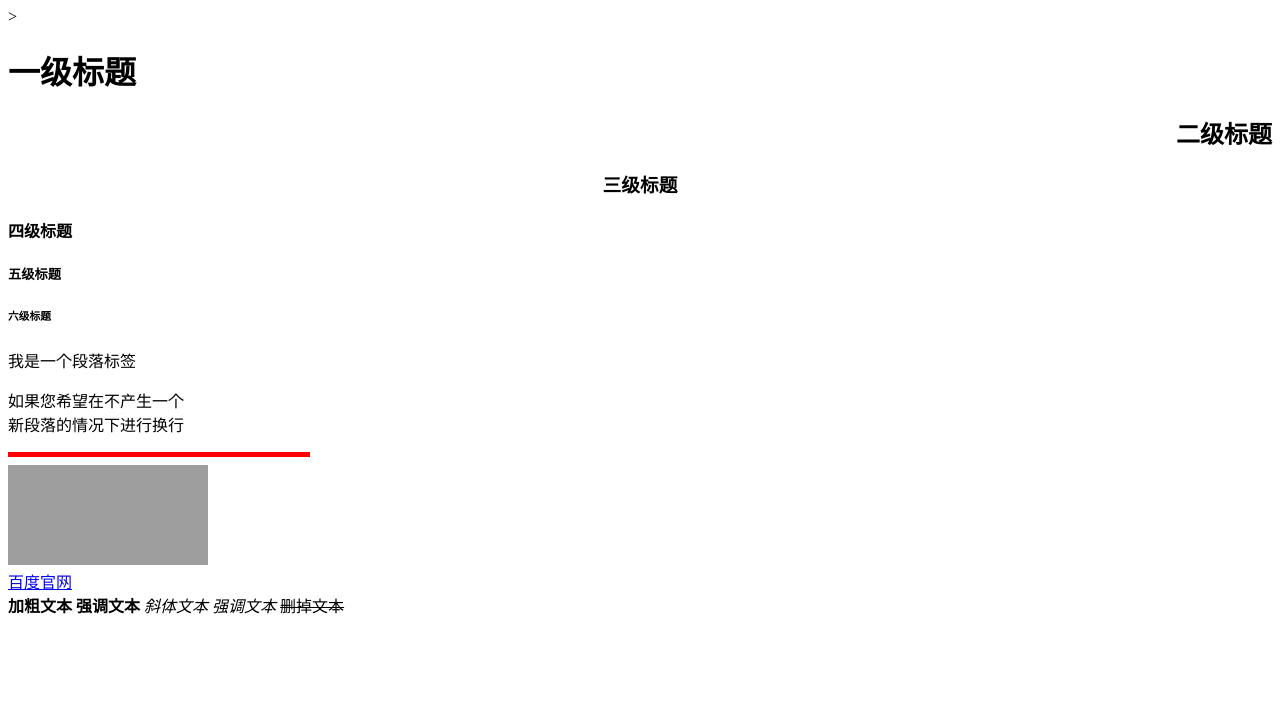
Repository: yuanliumaker/html-css-js
Page: hello.html
These files come from the project's save history. The page is drawn as it stood at one moment and after the next save; the edit follows.
The browser window is 1280 px wide. The pictures show the whole page.
Pictures or frames that could not be fetched are drawn as grey boxes.

Above is the page before, as saved 2025-08-28 19:47:31.

### hello.html
<!DOCTYPE html>
<html lang="en">
<head>
    <meta charset="UTF-8">
    <meta name="viewport" content="width=device-width, initial-scale=1.0">
    <title>Document</title>
</head>
<body>
    <!--标题-->>
    <h1 align="left">一级标题</h1>
    <h2 align="right">二级标题</h2>
    <h3 align="center">三级标题</h3>
    <h4>四级标题</h4>
    <h5>五级标题</h5>
    <h6>六级标题</h6>
    <!--段落-->
    <!-- br表示换行 hr表示水平线 width属性表示水平线的宽度 size 表示线的高度 -->
    <p>我是一个段落标签</p>
    <p>如果您希望在不产生一个<br>新段落的情况下进行换行</p>
    <hr color="red" width="300px" size="5px" align="left">
    <!--img 图片 src:图片路径 widht 图片宽度 height 高度-->
    <img src="https://www.runoob.com/wp-content/uploads/2014/04/html-logo.png" alt="这是图片无法显示时的替代文字" title="鼠标悬停时显示的文字" width="200px" height="100px">

    <br>
    <!---超文本链接
    使用标签<a>来设置超文本链接 href属性表示链接的地址-->
    <a href="https://www.baidu.com">百度官网</a>

    <!--文本-->
    <br>
        <b>加粗文本</b>
        <strong>强调文本</strong>
        <i>斜体文本</i>
        <em>强调文本</em>
        <del>删掉文本</del>
</body>
</html>

After the next save:
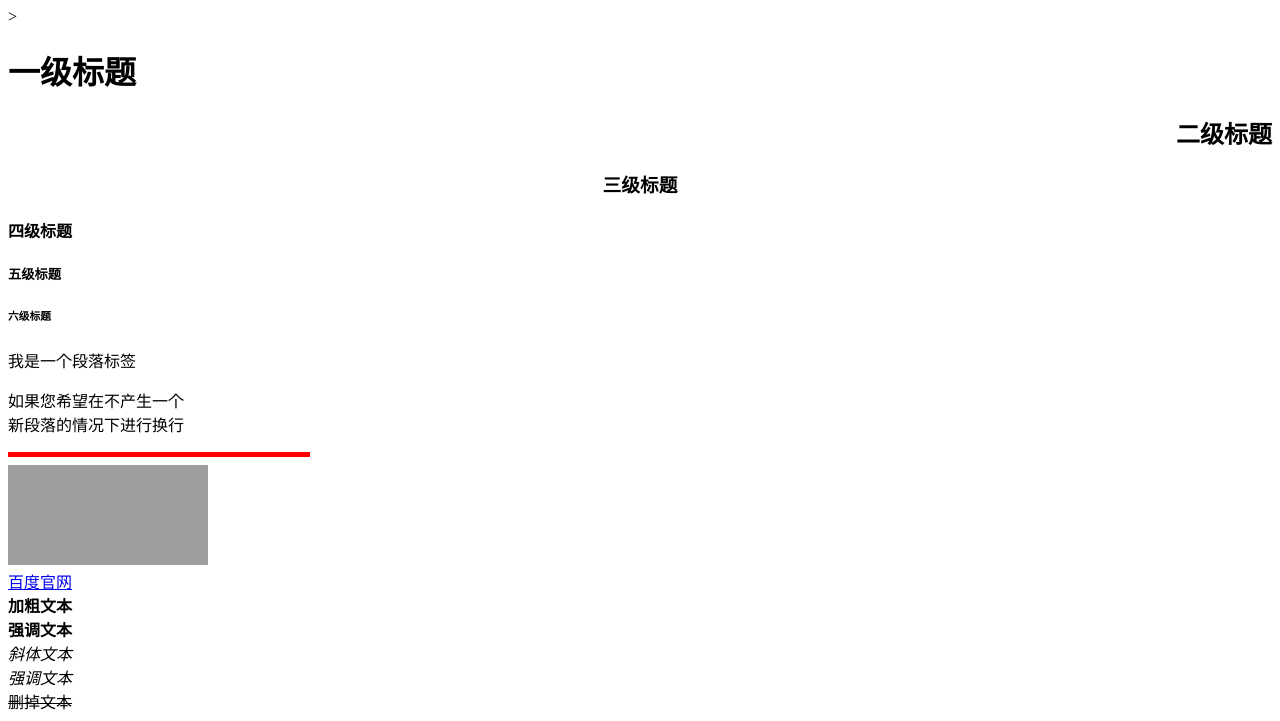
Saved 29 s later.
--- a/hello.html
+++ b/hello.html
@@ -28,10 +28,10 @@
 
     <!--文本-->
     <br>
-        <b>加粗文本</b>
-        <strong>强调文本</strong>
-        <i>斜体文本</i>
-        <em>强调文本</em>
-        <del>删掉文本</del>
+        <b>加粗文本</b><br>
+        <strong>强调文本</strong><br>
+        <i>斜体文本</i><br>
+        <em>强调文本</em><br>
+        <del>删掉文本</del><br>
 </body>
 </html>
